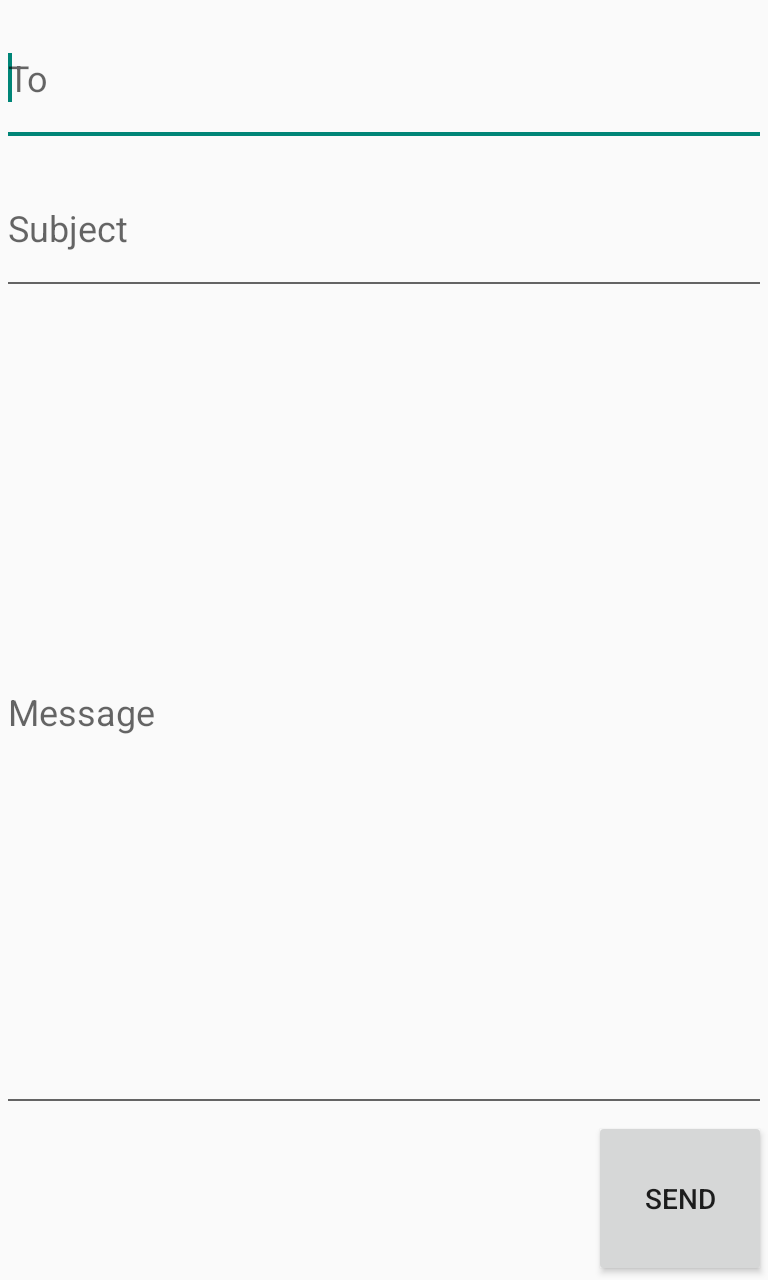
Repository: RibuRoyson/exercise
Layout: Excercise3/res/layout/linear2.xml
An editor plug-in stored every save of this project. The layout is shown before and after the next save, followed by the edit.
It is drawn on a 768 x 1280 px phone screen (xhdpi) without system bars, with theme AppTheme; the app's code is not run.

Above is the layout before, as saved 2015-02-10 09:07:11.

After the next save:
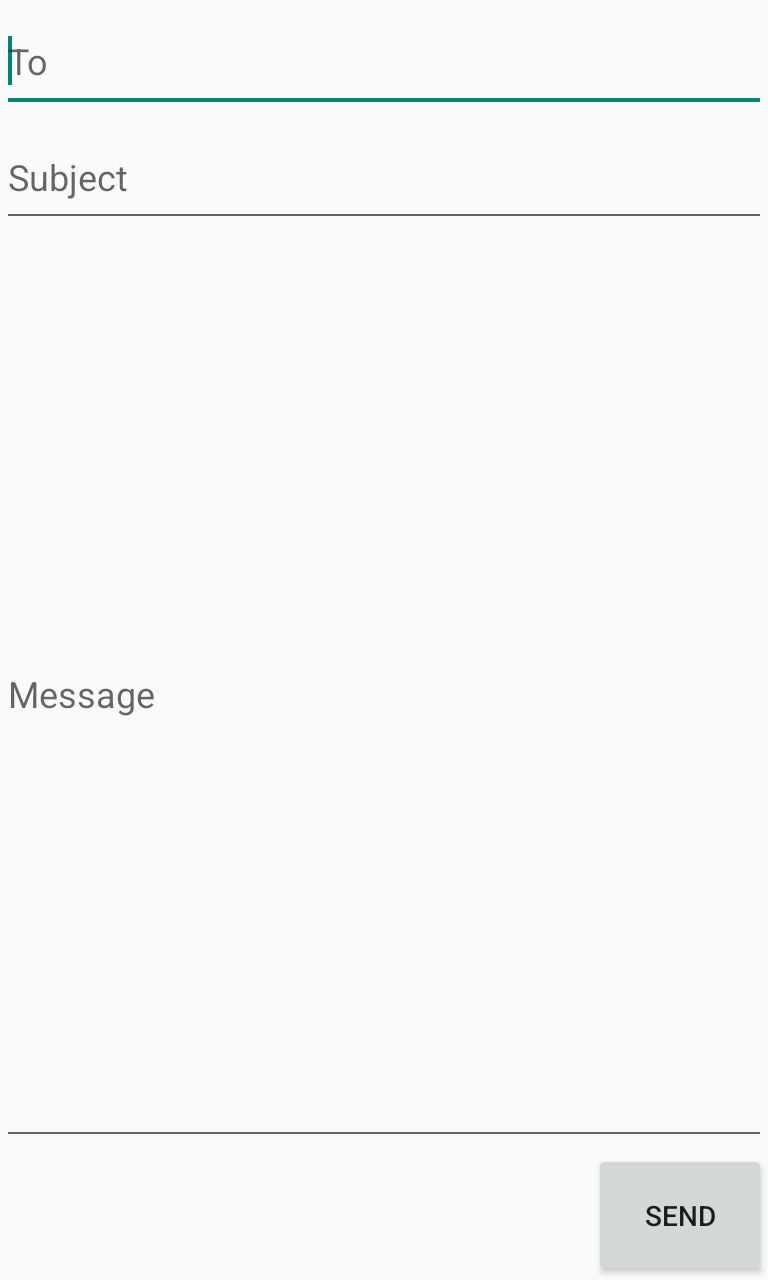
Saved 72 s later.
--- a/Excercise3/res/layout/linear2.xml
+++ b/Excercise3/res/layout/linear2.xml
@@ -10,7 +10,7 @@
         android:layout_width="match_parent"
         android:layout_height="wrap_content"
         android:ems="10"
-        android:layout_weight="1.0"
+        android:layout_weight="0.5"
         android:hint="To" >
 
         <requestFocus />
@@ -21,14 +21,14 @@
         android:layout_width="match_parent"
         android:layout_height="wrap_content"
         android:ems="10"
-        android:layout_weight="1.0"
+        android:layout_weight="0.5"
         android:hint="Subject"/>
 
     <EditText
         android:id="@+id/editText3"
         android:layout_width="match_parent"
         android:layout_height="375dp"
-        android:layout_weight="1.0"
+        android:layout_weight="2.5"
         android:ems="10"
         android:hint="Message"/>
 
@@ -36,7 +36,7 @@
         android:id="@+id/button1"
         android:layout_width="wrap_content"
         android:layout_height="wrap_content"
-        android:layout_weight="1.0"
+        android:layout_weight="0.5"
         android:layout_gravity="bottom|end"
         android:text="Send" />
 
